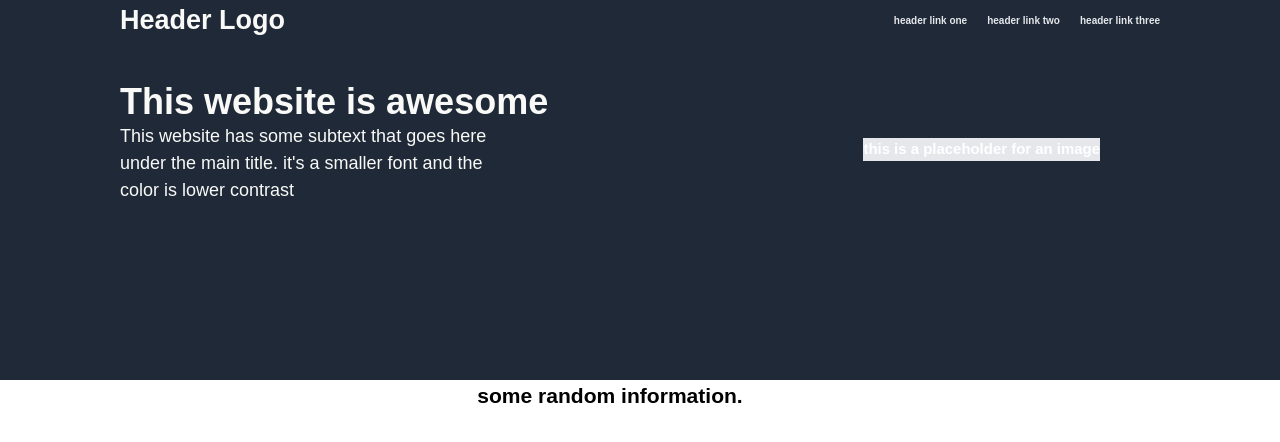
Repository: Grace561/css-exercises
Page: index.html
The author's editor kept a copy of each file at every save. The page is drawn from the files as they stood at one save, then again after a run of saves.
The browser window is 1280 px wide. The pictures show the whole page.

Above is the page before, as saved 2025-04-18 02:49:32.

### index.html
<!DOCTYPE html>
<html lang="en">
<head>
    <meta charset="UTF-8">
    <meta name="viewport" content="width=device-width, initial-scale=1.0">
    <link rel="stylesheet" href="style.css">
    <title>Landing-Page</title>
</head>
<body>
   <nav class="navbar">
    <div class="container">
        <div class="Logo"><h2>Header Logo</h2></div>
        <ul class="nav">
           <li>
            <a href="#"><h4>header link one</h4></a>
           </li>
           <li>
            <a href="#"><h4>header link two</h4></a>
           </li>
           <li>
            <a href="#"><h4>header link three</h4></a>
           </li>
        </ul>
    </div>
   </nav>

   <header class="header">
    <div class="container">
        <div>
            <h1>This website is awesome</h1>
            <p>
                This website has some subtext that goes here under the
                main title. it's a smaller font and the color is lower
                contrast
            </p>
        </div>
        <div class="box">
            <div class="container">
                <div class="box">

            </div>
        <div class="boxes">
           <div class="container">
                <div class="box">
            <h5>this is a placeholder for an image</h5>
        </div>
   </header>
   <section class="boxes">
    <div class="container">
        <div class="box">
          <h3>some random information.</h3>
        </div>
    <div class="box">
        <div class="container">
            <div class="box">


    </div>
    </div>
   </section>
</body>
</html>

### style.css
*{
    box-sizing: border-box;
    margin: 0;
    padding: 0;
}

body{
    font-family: 'poppins',sans-serif;
    font-size: 18px;
    line-height: 1.5;
    color: #000;
    background:#ffff;
}
p{
    margin-bottom: 15px;
}

ul{
    list-style: none;
}

.container{
    max-width: 1100px;
    margin: 0 auto;
    padding: 0 30px;
}
.navbar{
    background:#1f2937;
    color:#f9faf8;
    height: 80px;
}
h3.Logo{
    font-size: 24px;
    font-weight:bold;

}

a{
    color:#e5e7eb;
    text-decoration: none;
    font-size: x-small;

}
.container{
    display: flex;
    justify-content: space-between;
    align-items: center;

}

ul{
    display: flex
}
ul li {
    margin-left: 20px;
}
.header{
    background-color:#1f2937;
    color:#f9faf8;
    min-height: 300px;
}

.header h1{
    font: weight 3rem;
    font-weight: 900;
    line-height: 1.2;
}

.header p{
    max-width: 400px;
}
.container{
    display: flex;
    align-items:center;
    justify-content: space-between;
}
.box.container{
    display: flex;
    justify-content: space-between;
}
.box h5{
    flex: 1;
    background:#e5e7eb;
    color:#ffff;


}
.boxes .container{
    display: flex;
    font-weight: 900;
    justify-content: center;

}

After the next 2 saves:
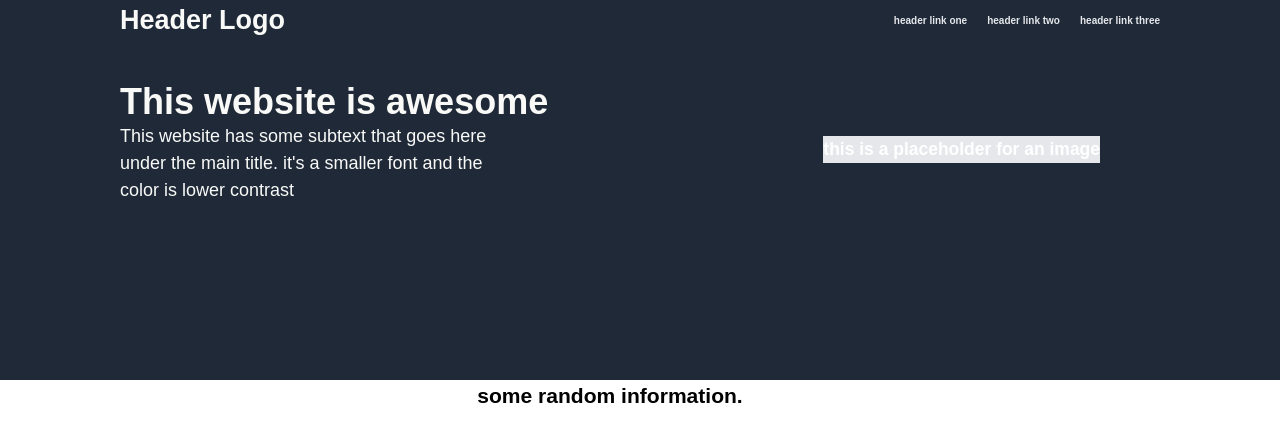
The 2 saves are shown as one change because they came seconds apart.
The last was saved 19 s later.
--- a/index.html
+++ b/index.html
@@ -37,7 +37,7 @@
         <div class="box">
             <div class="container">
                 <div class="box">
-
+                    <h3
             </div>
         <div class="boxes">
            <div class="container">

After the 2 saves that followed:
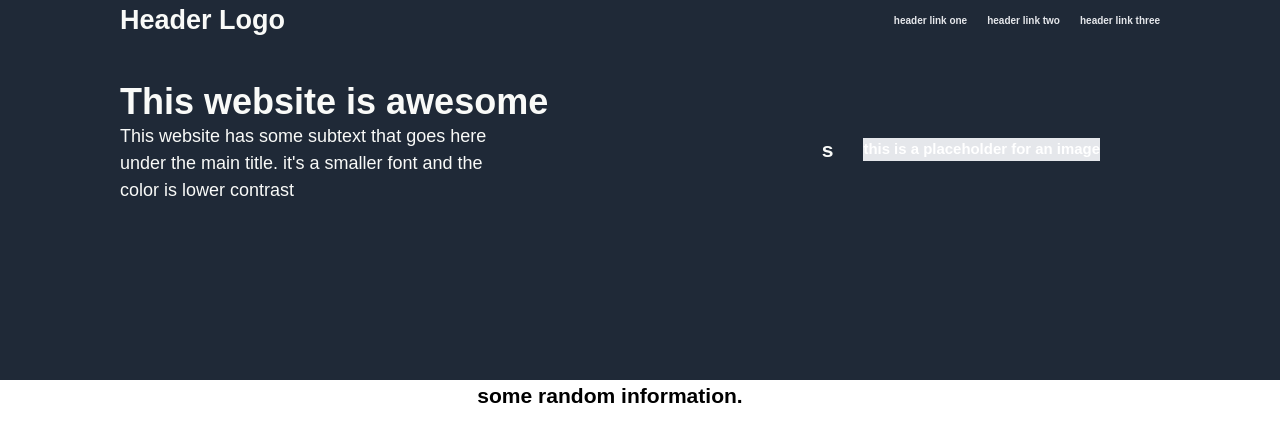
The 2 saves are shown as one change because they came seconds apart.
The last was saved 10 s later.
--- a/index.html
+++ b/index.html
@@ -37,7 +37,7 @@
         <div class="box">
             <div class="container">
                 <div class="box">
-                    <h3
+                    <h3>s</h3>
             </div>
         <div class="boxes">
            <div class="container">
